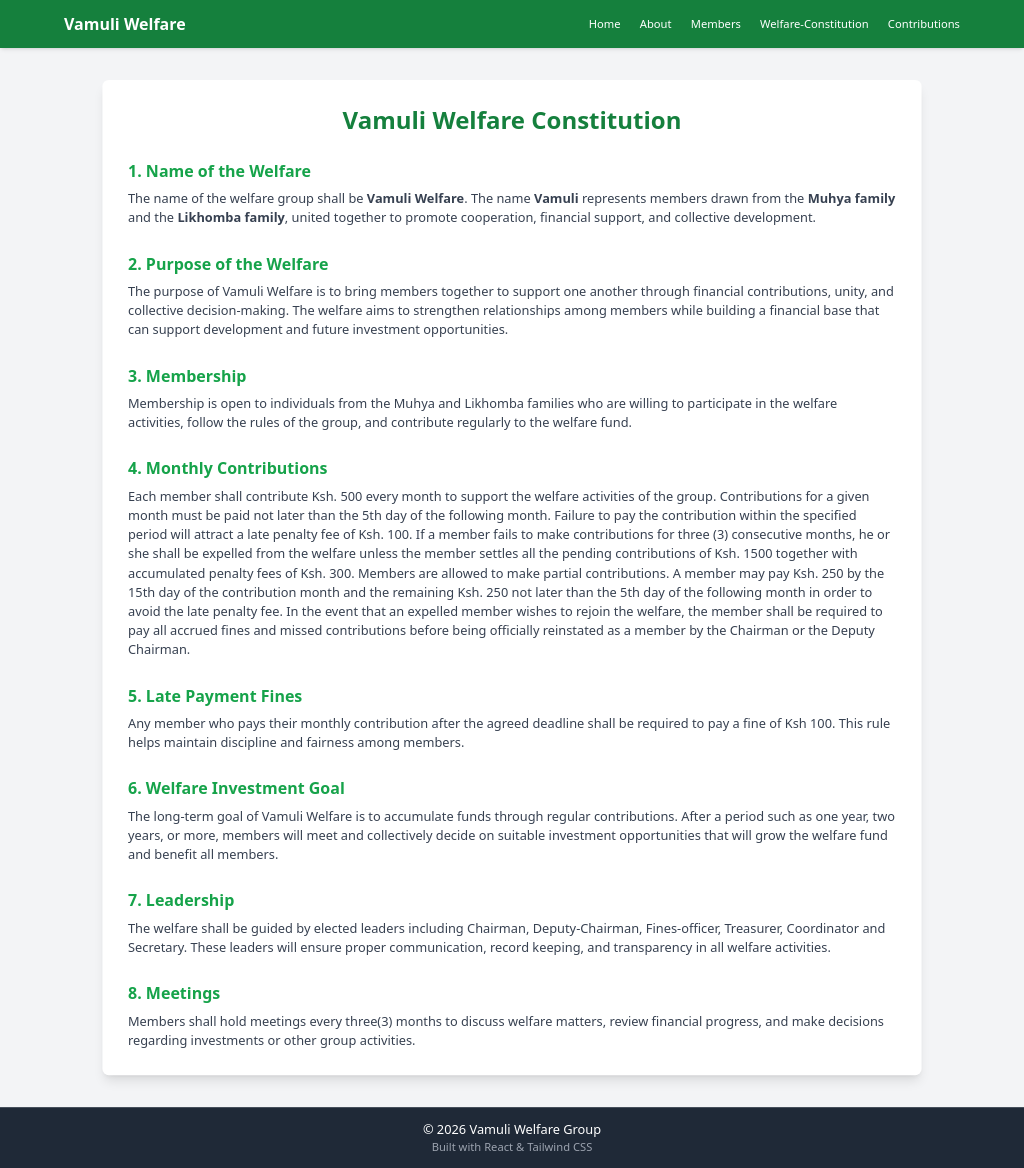
Repository: Engineer-collo/Vamuli-welfare
Page: /constitution
An editor plug-in stored every save of this project. The page is shown before and after a run of saves, followed by the edit.
The browser window is 1280 px wide. The pictures show the whole page, at 80% of full size.
The project was rebuilt for these pictures with package versions that can differ from the ones it lists, and the page was loaded fresh each time. Also part of the build but not shown: vite.config.js, src/pages/contributionsData.js, src/pages/Home.jsx, src/pages/Members.jsx, src/pages/ContributionsTable.jsx, src/pages/About.jsx.

Above is the page before, as saved 2026-03-16 15:42:37.

After the next 8 saves:
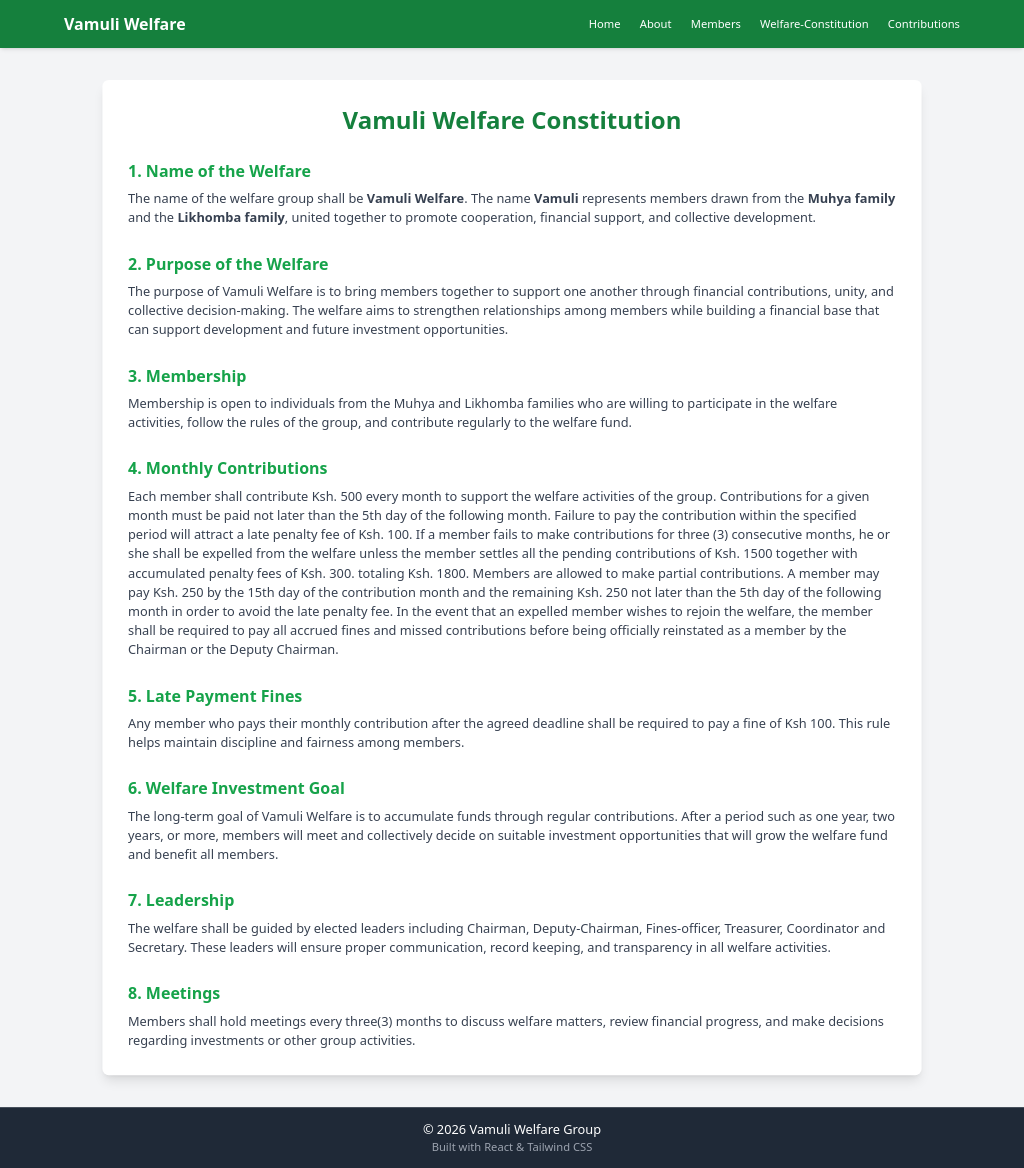
The 8 saves are shown as one change because they came seconds apart.
The last was saved 18 s later.
--- a/src/pages/WelfareConstituion.jsx
+++ b/src/pages/WelfareConstituion.jsx
@@ -73,7 +73,7 @@ function Constitution() {
     If a member fails to make contributions for three (3) consecutive months,
     he or she shall be expelled from the welfare unless the member settles all
     the pending contributions of Ksh. 1500 together with accumulated penalty fees of
-    Ksh. 300.
+    Ksh. 300. totaling Ksh. 1800.
 
     Members are allowed to make partial contributions. A member may pay
     Ksh. 250 by the 15th day of the contribution month and the remaining
